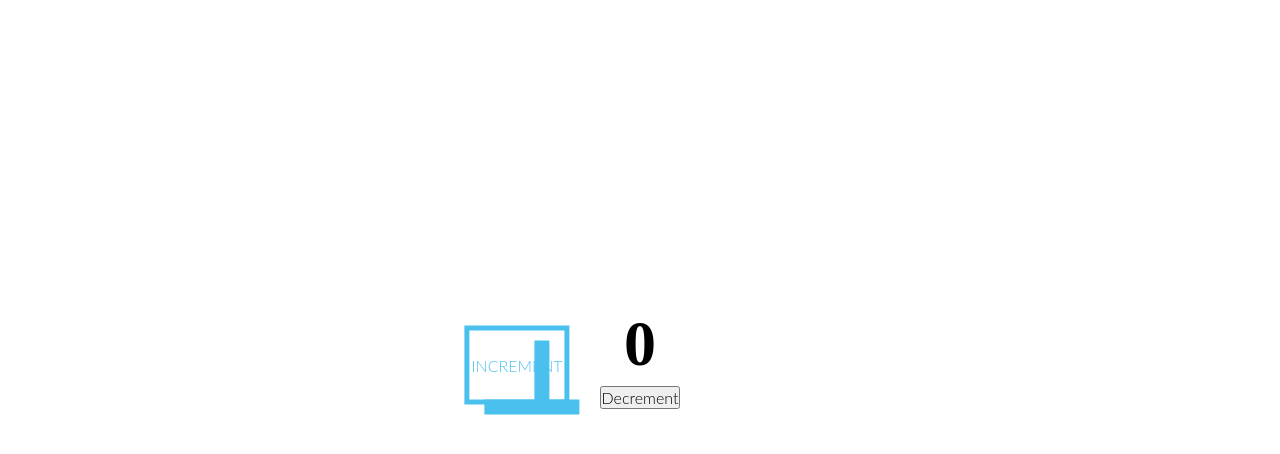
Repository: Ellisvelandia/react_introduction_test
Page: /
An editor plug-in stored every save of this project. The page is shown before and after the next save, followed by the edit.
The browser window is 1280 px wide. The pictures show the whole page.
The project was rebuilt for these pictures with package versions that can differ from the ones it lists, and the page was loaded fresh each time. Also part of the build but not shown: src/index.css.

Above is the page before, as saved 2022-08-15 20:10:50.

### src/App.js
import "./App.scss";
import React, { useState } from "react";

const App = () => {
  const [num, changeNum] = useState(0);

  const incrementNum = () => {
    changeNum(num + 2);
  };

  const decrementNum = () => {
    if (num - 1 < 0) {
      alert(`you can't decrease than 0`);
    } else {
      changeNum(num - 2);
    }
  };

  return (
    <>
      <div className="container">
        <h1>{num}</h1>
        <button className="button_I" onClick={incrementNum}>Increment</button>
        <button className="button_D" onClick={decrementNum}>Decrement</button>
      </div>
    </>
  );
};

export default App;

### src/App.scss
* {
  margin: 0;
  padding: 0;
  box-sizing: border-box;
}

body {
  width: 100%;
  height: 100vh;
  display: flex;
  justify-content: center;
  align-items: center;
  flex-direction: column;
}

.container {
  align-self: center;
}

h1 {
  text-align: center;
  font-size: 4rem;
}

button {
  font-size: 1rem;
  margin: 5px;
  font-family: "Lato", sans-serif;
  font-weight: 300;
}


.button_I {
  position: absolute;
  left: 40%;
  top: 50%;
  transform: translateX(-50%) translateY(-50%);

  background: #fff;
  max-width: 120px;
  padding: 25px 2px;

  border: 5px solid #4ac0ee;
  color: #4ac0ee;
  text-transform: uppercase;
  text-align: center;

  z-index: 2;
  transition: all 0.15s 0.15s ease-out;

  &:after,
  &:before {
    position: absolute;
    width: 100%;
    max-width: 100%;
    top: 100%;
    left: 0;
    bottom: -10px;
    content: "";
    z-index: 1;
    transition: all 0.15s 0.15s ease-out;
  }

  &:before {
    background: #4ac0ee;
    top: 10px;
    left: 65px;
    height: 100%;
    width: 15px;
  }

  &:after {
    width: 100%;
    background: #4ac0ee;
    right: 0px;
    left: 15px;
    height: 15px;
  }

  &:hover {
    background: #4ac0ee;
    color: #fff;
    margin-left: -7.5px;
    margin-bottom: -7.5px;

    &:after,
    &:before {
      top: 100%;
      left: 0;
      bottom: 0px;
    }

    &:before {
      top: 0px;
      left: 0px;
      width: 0px;
    }

    &:after {
      right: 0px;
      left: 0px;
      height: 0px;
    }
  }
}

Loaded but not shown: public/index.html (common file); src/index.js (common file); src/reportWebVitals.js (common file)

After the next save:
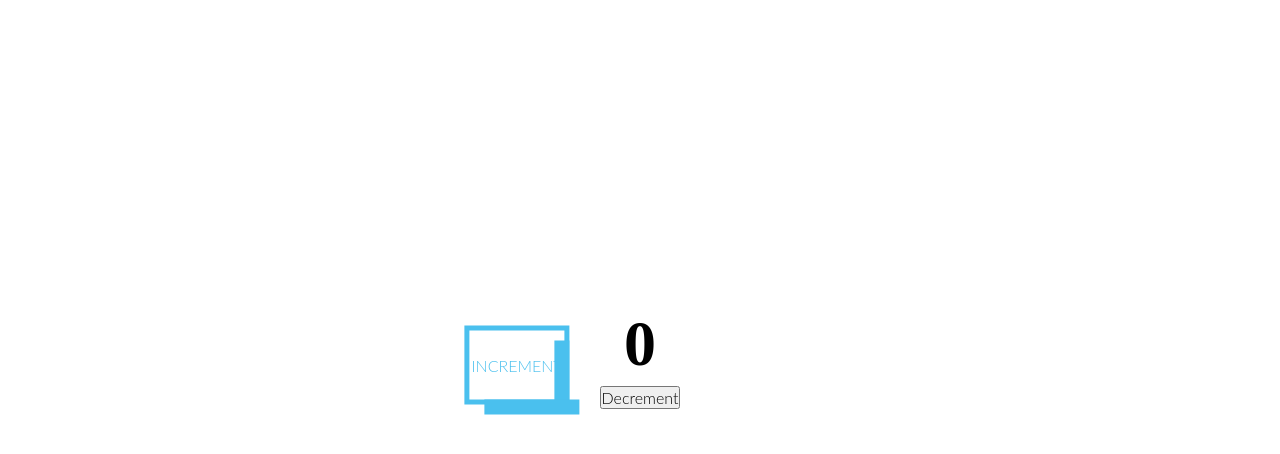
Saved 5 s later.
--- a/src/App.scss
+++ b/src/App.scss
@@ -64,7 +64,7 @@ button {
   &:before {
     background: #4ac0ee;
     top: 10px;
-    left: 65px;
+    left: 85px;
     height: 100%;
     width: 15px;
   }
